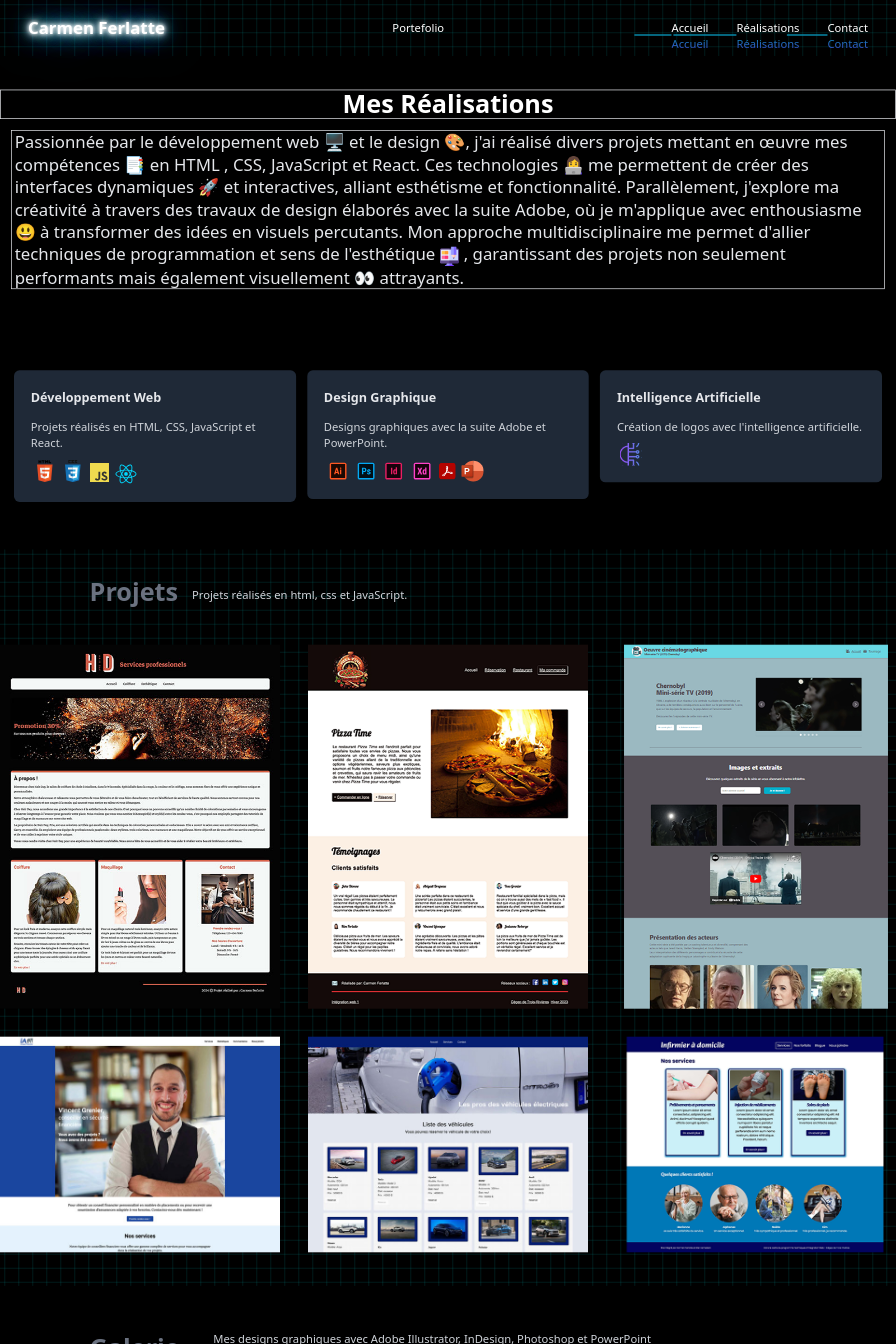
Repository: CarmenFerlatte/TP3__FerlatteCarmen
Page: realisations.html
The author's editor kept a copy of each file at every save. The page is drawn from the files as they stood at one save, then again after the next save.
The browser window is 1280 px wide. The pictures show the part of the page from y = 0 to 1920 px (the page is 2837 px tall before and 2757 px after), at 70% of full size.
Some web libraries are served in a nearby version. The style sheet was rebuilt from its Sass, Less or Tailwind sources for each picture, by a compiler version that may differ from the author's.

Above is the page before, as saved 2024-08-22 11:17:01.
Console error: TypeError: Cannot read properties of null (reading 'addEventListener')

### realisations.html
<!DOCTYPE html>
<html lang="fr-ca">
<head>
    <meta charset="UTF-8">
    <meta name="viewport" content="width=device-width, initial-scale=1.0">
    <link href="https://cdn.jsdelivr.net/npm/tailwindcss@2.2.19/dist/tailwind.min.css" rel="stylesheet">
    <title>Mon Portefolio</title>
    <script src="https://cdn.tailwindcss.com"></script>
    <link href="https://cdn.jsdelivr.net/npm/tailwindcss@2.2.19/dist/tailwind.min.css" rel="stylesheet">
    <link rel="stylesheet" href="https://cdnjs.cloudflare.com/ajax/libs/font-awesome/6.4.0/css/all.min.css">
    <link rel="stylesheet" href="style/css/style.css">
    <link rel="apple-touch-icon" sizes="180x180" href="img/favicons/apple-touch-icon.png">
    <link rel="icon" type="image/png" sizes="32x32" href="img/favicons/favicon-32x32.png">
    <link rel="icon" type="image/png" sizes="16x16" href="img/favicons/favicon-16x16.png">
    <link rel="manifest" href="img/favicons/site.webmanifest">
    <script src="https://code.jquery.com/jquery-3.6.0.min.js"></script>
    <script src="js/navbar.js" defer></script>
    <script src="js/script.js" defer></script>
    <script src="js/header.js" defer></script>
    <script src="js/install.js" defer></script>
    <script>
        $(function(){
            $("#header").load("assets/php/header.html");
            $("#footer").load("assets/php/footer.html");
        });
    </script>
</head>

<body class="bg-black text-white h-dvh">
    <header id="header"></header>

<main>
    <section class="md:h-full bg-black text-white py-8 sm:py-11 lg:py-12">
         <h1 class="text-2xl md:text-3xl lg:text-4xl font-bold text-center mt-20 border">Mes Réalisations</h1>
    <div class="container flex justify-center items-center mx-auto px-4 py-20 md:py-4">

        <p class="text-sm sm:text-md md:text-base lg:text-1xl xl:text-2xl leading-6 text-left my-0 lg:mb-20 px-5 md:px-2 lg:px-1 2xl:px-0 text-gray-200 border">Passionnée par le développement web 🖥  et le design 🎨, j'ai réalisé divers projets mettant en œuvre mes compétences 📑  en HTML , CSS, JavaScript et React. Ces technologies 👩‍💻 me permettent de créer des interfaces dynamiques 🚀 et interactives, alliant esthétisme et fonctionnalité. Parallèlement, j'explore ma créativité à travers des travaux de design élaborés avec la suite Adobe, où je m'applique avec enthousiasme 😃  à transformer des idées en visuels percutants. Mon approche multidisciplinaire me permet d'allier techniques de programmation et sens de l'esthétique <span><img class="w-7 inline-block align-middle" src="img/icons/design_web.svg" alt="icone design web"></span> , garantissant des projets non seulement performants mais également visuellement 👀 attrayants.  </p>

    </div>

<div class="container mx-auto px-4 py-1 md:py-5 md:mb-0 mt-[-10px] md:mt-0">
    <div class="grid grid-cols-12 gap-4 flex items-stretch px-5 md:px-2 lg:px-1">
        <div class="col-span-12 md:col-span-6 lg:col-span-4">
            <a href="#projets" title="Voir les projets">
                <div class="relative group cursor-pointer bg-gray-800 p-6 rounded-lg shadow-lg hover:bg-gray-700 hover:shadow-xl transition duration-300">
                    <h3 class="sm:text-lg md:text-1xl text-2xl font-bold text-gray-200">Développement Web</h3>
                    <p class="text-gray-300 mt-4 mb-1">Projets réalisés en HTML, CSS, JavaScript et React.</p>
                    <p class="flex">
                        <img src="img/icons/html5_icon.svg" alt="HTML5 icône" class="w-8 h-8 mt-2 mx-1">
                        <img src="img/icons/css3_icon.svg" alt="CSS3 icône" class="w-8 h-8 mt-2 mx-1">
                        <img src="img/icons/javascript_icon.svg" alt="JavaScript icône" class="w-7 h-7 mt-3 mx-1">
                        <img src="img/icons/react_native_icon.svg" alt="React icône" class="w-8 h-8 mt-3 mx-1">
                    </p>
                </div>
            </a>
        </div>

        <div class="col-span-12 md:col-span-6 lg:col-span-4 flex flex-col">
            <a href="#galerie" title="Voir les designs" class="flex-grow">
                <div class="relative group cursor-pointer bg-gray-800 p-6 rounded-lg shadow-lg hover:bg-gray-700 hover:shadow-xl transition duration-300 flex flex-col">
                    <h3 class="sm:text-lg md:text-1xl text-2xl font-bold text-gray-200 group">Design Graphique</h3>
                    <p class="text-gray-300 mt-4 mb-1">Designs graphiques avec la suite Adobe et PowerPoint.</p>
                    <div class="flex">
                        <img src="img/icons/adobe-illustrator_icon.svg" alt="Illustrator icône" class="w-8 h-8 mt-2 mx-1">
                        <img src="img/icons/adobe_photoshop_icon.svg" alt="Photoshop icône" class="w-8 h-8 mt-2 mx-1">
                        <img src="img/icons/adobe_indesign_icon.svg" alt="InDesign icône" class="w-8 h-8 mt-2 mx-1">
                        <img src="img/icons/adobe-xd_icon.svg" alt="XD icône" class="w-8 h-8 mt-2 mx-1">
                        <img src="img/icons/Adobe_Acrobat_Reader_icon.svg" alt="Acrobat Reader icône" class="w-6 h-6 mt-3 mx-1">
                        <img src="img/icons/microsoft_powerpoint_icon.svg" alt="PowerPoint icône" class="w-8 h-8 mt-2 mx-1">
                    </div>
                </div>
            </a>
        </div>

        <div class="col-span-12 md:col-span-6 lg:col-span-4 flex flex-col">
            <a href="#galerie" title="Voir les projets" class="flex-grow">
                <div class="relative group cursor-pointer bg-gray-800 p-6 rounded-lg shadow-lg hover:bg-gray-700 hover:shadow-xl transition duration-300 flex flex-col">
                    <h3 class="sm:text-lg md:text-1xl text-2xl font-bold text-gray-200">Intelligence Artificielle</h3>
                    <p class="text-gray-300 mt-4 mb-1">Création de logos avec l'intelligence artificielle.</p>
                    <div class="flex">
                        <img src="img/icons/intelligence_artificielle_icon.svg" alt="PowerPoint icône" class="w-8 h-8 mt-2 mx-1">
                    </div>
                </div>
            </a>
        </div>
    </div>
</div>


    </section>

    <section class="cyber-grid md:mt-auto">
        <div class="max-w-screen-sm md:max-w-screen-md lg:max-w-screen-lg 2xl:max-w-screen-2xl mx-auto flex inlign-flex align-items pt-10"><h2 id="projets" class="text-2xl md:text-3xl lg:text-4xl font-bold text-gray-500 lg:text-3xl dark:text-white ml-10 sm:ml-0">Projets</h2>
        <p class="hidden max-w-screen-sm text-1xl text-gray-300 dark:text-gray-300 md:block pt-3 pl-5">
                Projets réalisés en html, css et JavaScript.
                </p></div>
    <div class="container mx-auto py-8 md:mt-2 px-2 md:px-2 lg:px-0">

        <div class="grid grid-cols-1 md:grid-cols-2 lg:grid-cols-3 gap-10 p-4 w-full mx-auto place-items-start px-10 sm:px-0">
            <img class="hover:opacity-75" src="img/screenshots/2024__projet__salon_de_coiffure.jpg" alt="image">
            <img class="hover:opacity-75" src="img/screenshots/2024__projet__restaurant.png" alt="image">
            <img class="hover:opacity-75" src="img/screenshots/2024__projet_cinema.png" alt="image">
            <img class="hover:opacity-75" src="img/screenshots/2024__projet__vincent_grenier_w600.jpg" alt="image">
            <img class="hover:opacity-75" src="img/screenshots/mon_premier_projet_react.jpg" alt="image">
            <img class="hover:opacity-75" src="img/screenshots/2023__projet__soins_infirmiers.png" alt="image">
        </div>
    </div>
</section>
    <section class="dark:bg-gray-800 h-full pt-16">
        <div class="flex items-center gap-12 max-w-screen-sm md:max-w-screen-md lg:max-w-screen-lg 2xl:max-w-screen-2xl mx-auto mb-0">
                <h2 id="galerie" class="text-2xl md-text-3xl lg:text-4xl font-bold text-gray-500 dark:text-white">Galerie</h2>

                <p class="hidden max-w-screen-sm text-1xl text-gray-300 dark:text-gray-300 md:block">
                Mes designs graphiques avec Adobe Illustrator, InDesign, Photoshop et PowerPoint de Microsoft Office.
                </p>
            </div>
    <div class="mx-auto h-auto max-w-screen-2xl px-4 md:px-8 mb-16 mt-[-40px] md:mt-auto">

        <div class="mb-4 flex items-center justify-between gap-8 sm:mb-8 md:mb-12">


            <!-- <a href=""
                class="inline-block rounded-lg border bg-white dark:bg-gray-700 dark:border-none px-4 py-2 text-center text-sm font-semibold text-gray-500 dark:text-gray-200 outline-none ring-indigo-300 transition duration-100 hover:bg-gray-100 focus-visible:ring active:bg-gray-200 md:px-8 md:py-3 md:text-base">
                More
            </a> -->
        </div>

        <div class="grid grid-cols-1 md:grid-cols-2 lg:grid-cols-3 mx-10 gap-4 md:gap-6 xl:gap-8">
            <!-- image - start -->
            <a href="https://le-redacteur-sportif.ca/harricana_trail_2023.html" title="Le Rédacteur Sportif" target="_blank" rel="noopener noreferrer"
                class="group relative flex items-end h-72 md:h-80 overflow-hidden rounded-lg bg-gray-100 shadow-lg">
                <img src="img/design/harricana_trail_80km__charlevoix__Vincent_Greniert.jpg" loading="lazy" alt="Projet Carmen Ferlatte Adobe InDesign (brochure)" class="absolute inset-0 h-full w-full object-cover object-center transition duration-200 group-hover:scale-110">

                <div
                    class="pointer-events-none absolute inset-0 bg-gradient-to-t from-gray-800 via-transparent to-transparent opacity-50">
                </div>

                <span class="relative ml-4 mb-3 inline-block text-sm text-white md:ml-5 md:text-lg">PowerPoint</span>
            </a>
            <!-- image - end -->

            <!-- image - start -->
            <div
                class="group relative flex items-end h-72 md:h-48 overflow-hidden rounded-lg bg-gray-100 shadow-lg md:h-80">
                <img src="img/design/05__affiche_bungee__Carmen_Ferlatte.jpg" loading="lazy" alt="Projet Carmen Ferlatte Adobe Illustrator (affiche)" class="absolute inset-0 h-full w-full object-cover object-center transition duration-200 group-hover:scale-110">

                <div
                    class="pointer-events-none absolute inset-0 bg-gradient-to-t from-gray-800 via-transparent to-transparent opacity-50">
                </div>

                <span class="relative ml-4 mb-3 inline-block text-sm text-white md:ml-5 md:text-lg">Illustrator + Photoshop + Mockup</span>
            </div>
            <!-- image - end -->

            <!-- image - start -->
            <div
                class="group relative flex items-end h-72 md:h-48 overflow-hidden rounded-lg bg-gray-100 shadow-lg md:h-80">
                <img src="img/design/exercice_inDesign__Carmen_Ferlatte.jpg" loading="lazy" alt="Photo by Magicle" class="absolute inset-0 h-full w-full object-cover object-center transition duration-200 group-hover:scale-110">

                <div
                    class="pointer-events-none absolute inset-0 bg-gradient-to-t from-gray-800 via-transparent to-transparent opacity-50">
                </div>

                <span class="relative ml-4 mb-3 inline-block text-sm text-white md:ml-5 md:text-lg">InDesign</span>
            </div>
            <!-- image - end -->

            <!-- image - start -->
            <a href="https://le-redacteur-sportif.ca/harricana_trail_2023.html" title="Le Rédacteur Sportif" target="_blank" rel="noopener noreferrer"
                class="group relative flex items-end h-72 md:h-48 overflow-hidden rounded-lg bg-gray-100 shadow-lg md:h-80">
                <img src="img/design/casquette__RS__w1200.jpg" loading="lazy" alt="Affiche médias sociaux PowerPoint / Carmen Ferlatte" class="absolute inset-0 h-full w-full object-cover object-center transition duration-200 group-hover:scale-110">

                <div
                    class="pointer-events-none absolute inset-0 bg-gradient-to-t from-gray-800 via-transparent to-transparent opacity-50">
                </div>

                <span class="relative ml-4 mb-3 inline-block text-sm text-white md:ml-5 md:text-lg">Photoshop + Mockup</span>
            </a>
            <!-- image - end -->

            <!-- image - start -->
            <div
                class="group relative flex h-72 md:h-48 items-end overflow-hidden rounded-lg bg-gray-100 shadow-lg md:h-80">
                <img src="img/design/projet__brochure__spa__450x345.jpg" loading="lazy" alt="Brochure InDesign et Mockup / Carmen Ferlatte" class="absolute inset-0 h-full w-full object-cover object-center transition duration-200 group-hover:scale-110">

                <div
                    class="pointer-events-none absolute inset-0 bg-gradient-to-t from-gray-800 via-transparent to-transparent opacity-50">
                </div>

                <span class="relative ml-4 mb-3 inline-block text-sm text-white md:ml-5 md:text-lg">InDesign / Mockup</span>
            </div>
            <!-- image - end -->
             <!-- image - start -->
            <div
                class="group relative flex h-72 md:h-48 items-end overflow-hidden rounded-lg bg-gray-100 shadow-lg md:h-80">
                <img src="img/design/logo_colley_carmen_ferlatte.jpg" loading="lazy" alt="Logo fait avec l'Intélligence artificielle / Carmen Ferlatte" class="absolute inset-0 h-full w-full object-cover object-center transition duration-200 group-hover:scale-110">

                <div
                    class="pointer-events-none absolute inset-0 bg-gradient-to-t from-gray-800 via-transparent to-transparent opacity-50">
                </div>

                <span class="relative ml-4 mb-3 inline-block text-sm text-white md:ml-5 md:text-lg">Intélligence artificielle</span>
            </div>
            <!-- image - end -->
        </div>
    </div>
</section>
</main>

   <footer id="footer" class="block clear-both mt-16"></footer>
</body>
</html>

### assets/php/header.html
<header>
  <nav class="bg-animated cyber-grid fixed w-full z-50">
    <div class="w-full mx-auto px-6 md:px-10">
      <div class="flex justify-between items-center py-6">
        <a
          href="index.html"
          class="text-xl sm:text-1xl lg:text-2xl font-bold neon-text glitch-effect"
          data-text="Carmen Ferlatte"
          >Carmen Ferlatte</a
        >
        <label for="menu-toggle">Portefolio</label>
        <input type="checkbox" id="menu-toggle" class="hidden" />
        <label for="menu-toggle" class="menu-icon cursor-pointer md:hidden">
          <span class="hamburger"></span>
        </label>
        <ul class="menu hidden md:flex md:items-center space-x-10">
          <li>
            <a href="index.html" class="nav-link" data-text="Accueil"
              >Accueil</a
            >
          </li>
          <li>
            <a
              href="realisations.html"
              class="nav-link"
              data-text="Réalisations"
              >Réalisations</a
            >
          </li>
          <li>
            <a href="contact.html" class="nav-link" data-text="Contact"
              >Contact</a
            >
          </li>
          <!-- <li><a href="#" class="bg-gradient-to-r from-cyan-500 to-blue-500 text-white font-bold py-2 px-4 rounded hover:from-cyan-600 hover:to-blue-600 transition-all duration-300">Sign Up</a></li> -->
        </ul>
      </div>
    </div>
  </nav>
</header>

### assets/php/footer.html
<footer class="cyber-grid">
    <div class="container mx-auto px-4 py-10">
        <p class="text-center text-white">© 2024 Carmen Ferlatte. Tous droits réservés.</p>
   </div>
</footer>

### style/sass/style.scss
@use "navbar" as *;

### style/sass/_navbar.scss
@keyframes neon-pulse {
    0%, 100% {
        text-shadow: 0 0 5px #fff, 0 0 10px #fff, 0 0 15px #fff, 0 0 20px #0891b2, 0 0 35px #0891b2, 0 0 40px #0891b2, 0 0 50px #0891b2, 0 0 75px #0891b2;
    }
    50% {
        text-shadow: 0 0 2px #fff, 0 0 5px #fff, 0 0 7px #fff, 0 0 10px #0891b2, 0 0 17px #0891b2, 0 0 20px #0891b2, 0 0 25px #0891b2, 0 0 37px #0891b2;
    }
}

.neon-text {
    animation: neon-pulse 1.5s infinite alternate;
}

.bg-animated {
    background: linear-gradient(-45deg, #000000, #1a1a1a, #000033, #003366);
    background-size: 400% 400%;
    animation: gradient 15s ease infinite;
}

@keyframes gradient {
    0% { background-position: 0% 50%; }
    50% { background-position: 100% 50%; }
    100% { background-position: 0% 50%; }
}

.cyber-grid {
    background-image:
        linear-gradient(rgba(0, 255, 255, 0.1) 1px, transparent 1px),
        linear-gradient(90deg, rgba(0, 255, 255, 0.1) 1px, transparent 1px);
    background-size: 20px 20px;
    animation: cyber-grid-move 20s linear infinite;
}

@keyframes cyber-grid-move {
    0% { background-position: 0 0; }
    100% { background-position: 20px 20px; }
}



.nav-link {
    position: relative;
    overflow: hidden;

        &::before {
            content: '';
            position: absolute;
            bottom: 0;
            left: 0;
            width: 100%;
            height: 2px;
            background-color: #0891b2;
            transform: translateX(-100%);
            transition: transform 0.3s ease;
        }

       &:hover::before {
            transform: translateX(0);
        }

        &::after {
            content: attr(data-text);
            position: absolute;
            top: 0;
            left: 0;
            width: 100%;
            height: 100%;
            display: flex;
            align-items: center;
            justify-content: center;
            transform: translateY(100%);
            background: linear-gradient(to bottom, #0891b2, #3e43cb);
            -webkit-background-clip: text;
            background-clip: text;
            -webkit-text-fill-color: transparent;
            transition: transform 0.3s ease;
        }

        &:hover::after {
            transform: translateY(0);
        }
}


.glitch-effect {
    position: relative;

    &::before,
    &::after {
        content: attr(data-text);
        position: absolute;
        top: 0;
        left: 0;
        width: 100%;
        height: 100%;
        opacity: 0.8;
    }

    &::before {
        left: 2px;
        text-shadow: -2px 0 #ff00de;
        clip: rect(24px, 550px, 90px, 0);
        animation: glitch-anim 3s infinite linear alternate-reverse;
    }

    &::after {
        left: -2px;
        text-shadow: -2px 0 #0891b2;
        clip: rect(85px, 550px, 140px, 0);
        animation: glitch-anim 2s infinite linear alternate-reverse;
    }

}



@keyframes glitch-anim {
    0% { clip: rect(39px, 9999px, 71px, 0); }
    20% { clip: rect(3px, 9999px, 5px, 0); }
    40% { clip: rect(6px, 9999px, 38px, 0); }
    60% { clip: rect(13px, 9999px, 43px, 0); }
    80% { clip: rect(44px, 9999px, 93px, 0); }
    100% { clip: rect(54px, 9999px, 47px, 0); }
}

#menu-toggle {
    &:checked {
        ~ .menu {
            display: block;
        }

        ~ .menu-icon {
            .hamburger {
                transform: rotate(45deg);

                &::before {
                    transform: translateY(8px) rotate(90deg);
                }

                &::after {
                    transform: translateY(-8px) rotate(90deg);
                }
            }
        }
    }
}

.hamburger,
.hamburger::before,
.hamburger::after {
    content: '';
    display: block;
    background: #0891b2;
    height: 3px;
    width: 30px;
    transition: transform 0.5s cubic-bezier(0.23, 1, 0.32, 1);
}

.hamburger {
    &::before {
        transform: translateY(-8px);
    }

    &::after {
        transform: translateY(8px);
    }
}

@media (max-width: 768px) {
    .menu {
        position: fixed;
        top: 60px;
        left: 0;
        right: 0;
        width: 100%;
        height: 0;
        background: rgba(0, 0, 0, 0.9);
        overflow: hidden;
        transition: height 0.5s cubic-bezier(0.23, 1, 0.32, 1);
        text-align: right;
        padding-right: 20px;
        padding-top: 20px;

        a {
            display: block;
            font-size: 1.2rem;
            padding: 10px 0;
            text-decoration: underline 2px #0891b2;

            &:hover {
                color: #0891b2;
                text-decoration: none;
                cursor: pointer;
            }
        }
    }

    #menu-toggle:checked ~ .menu {
        height: calc(100vh - 60px);
    }
}

@media (max-width: 640px) {
    .no-glitch {
        animation: none !important;
    }
}

/*-------------Invisible Navbar-------------*/

.navbar-hidden {
    transform: translateY(-100%);
    transition: transform 0.3s ease-in-out;
}

Loaded but not shown: js/script.js (33 lines, source omitted); js/navbar.js (30 lines, source omitted); js/header.js (32 lines, source omitted); js/install.js (31 lines, source omitted)

After the next save:
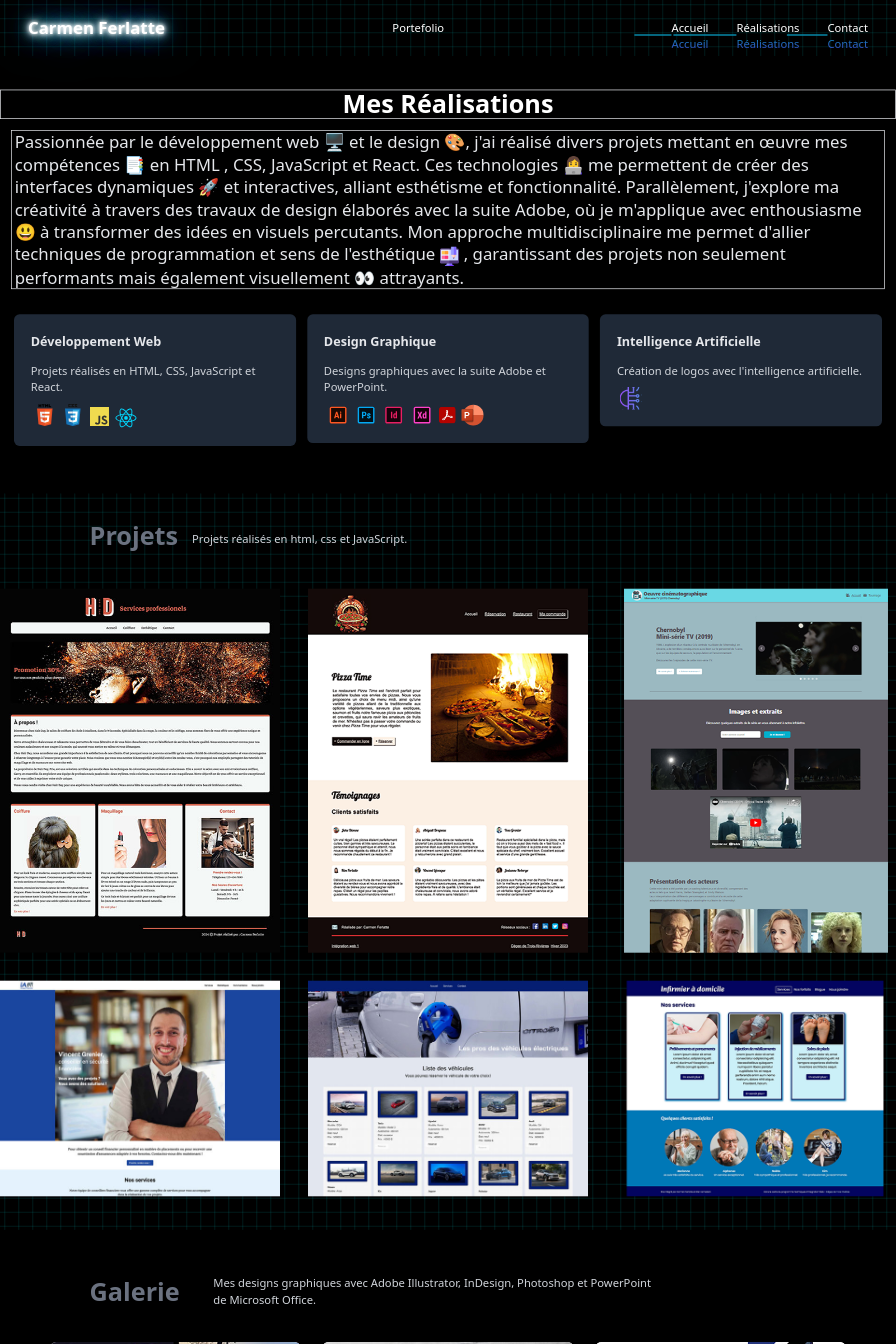
Saved 38 s later.
--- a/realisations.html
+++ b/realisations.html
@@ -34,7 +34,7 @@
          <h1 class="text-2xl md:text-3xl lg:text-4xl font-bold text-center mt-20 border">Mes Réalisations</h1>
     <div class="container flex justify-center items-center mx-auto px-4 py-20 md:py-4">
 
-        <p class="text-sm sm:text-md md:text-base lg:text-1xl xl:text-2xl leading-6 text-left my-0 lg:mb-20 px-5 md:px-2 lg:px-1 2xl:px-0 text-gray-200 border">Passionnée par le développement web 🖥  et le design 🎨, j'ai réalisé divers projets mettant en œuvre mes compétences 📑  en HTML , CSS, JavaScript et React. Ces technologies 👩‍💻 me permettent de créer des interfaces dynamiques 🚀 et interactives, alliant esthétisme et fonctionnalité. Parallèlement, j'explore ma créativité à travers des travaux de design élaborés avec la suite Adobe, où je m'applique avec enthousiasme 😃  à transformer des idées en visuels percutants. Mon approche multidisciplinaire me permet d'allier techniques de programmation et sens de l'esthétique <span><img class="w-7 inline-block align-middle" src="img/icons/design_web.svg" alt="icone design web"></span> , garantissant des projets non seulement performants mais également visuellement 👀 attrayants.  </p>
+        <p class="text-sm sm:text-md md:text-base lg:text-1xl xl:text-2xl leading-6 text-left  px-5 md:px-2 lg:px-1 2xl:px-0 text-gray-200 border">Passionnée par le développement web 🖥  et le design 🎨, j'ai réalisé divers projets mettant en œuvre mes compétences 📑  en HTML , CSS, JavaScript et React. Ces technologies 👩‍💻 me permettent de créer des interfaces dynamiques 🚀 et interactives, alliant esthétisme et fonctionnalité. Parallèlement, j'explore ma créativité à travers des travaux de design élaborés avec la suite Adobe, où je m'applique avec enthousiasme 😃  à transformer des idées en visuels percutants. Mon approche multidisciplinaire me permet d'allier techniques de programmation et sens de l'esthétique <span><img class="w-7 inline-block align-middle" src="img/icons/design_web.svg" alt="icone design web"></span> , garantissant des projets non seulement performants mais également visuellement 👀 attrayants.  </p>
 
     </div>
 
